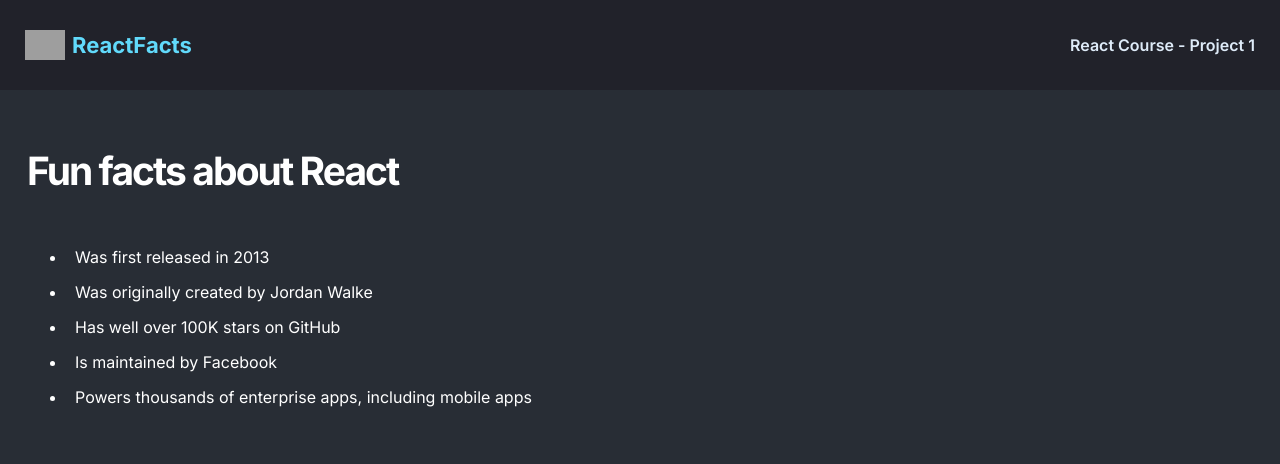
Repository: evemcd/scrimba-react2
Page: / (app in vite-react/)
These files come from the project's save history. The page is drawn as it stood at one moment and after the next save; the edit follows.
The browser window is 1280 px wide. The pictures show the whole page.
Pictures or frames that could not be fetched are drawn as grey boxes. The project was rebuilt for these pictures with package versions that can differ from the ones it lists, and the page was loaded fresh each time. Also part of the build but not shown: vite-react/vite.config.js.

Above is the page before, as saved 2023-08-04 12:17:38.

After the next save:
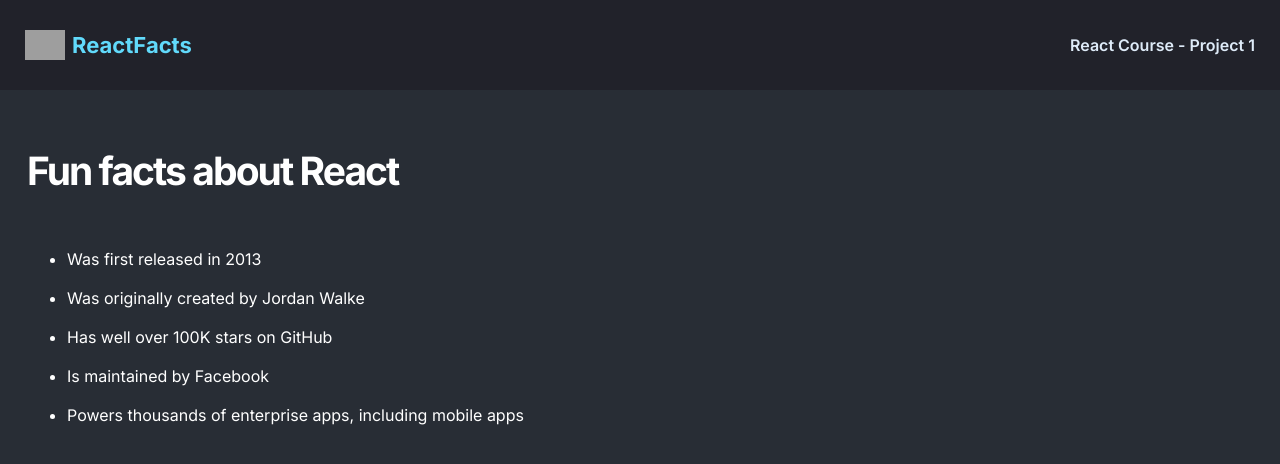
Saved 55 s later.
--- a/vite-react/src/index.css
+++ b/vite-react/src/index.css
@@ -53,6 +53,5 @@ main {
 
 .main--facts>li {
   line-height: 19px;
-  padding: 8px;
-  font-size: 16px;
+  padding-block: 10px;
 }
